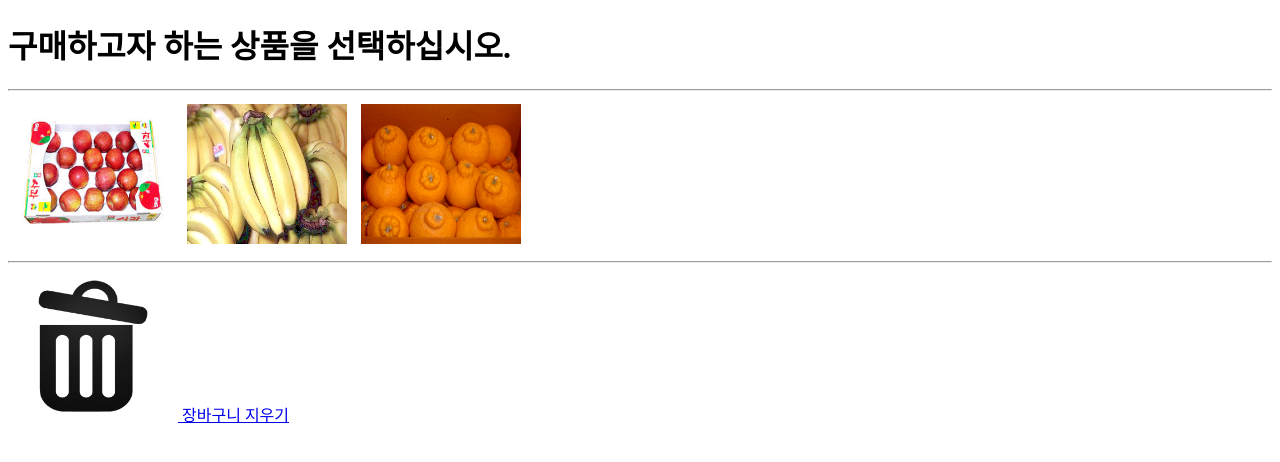
Repository: kdg0109/multicampus_course
Page: web course/workspace_web/mvc/WebContent/htmlexam/product.html
An editor plug-in stored every save of this project. The page is shown before and after the next save, followed by the edit.
The browser window is 1280 px wide. The pictures show the whole page.

Above is the page before, as saved 2018-02-09 08:20:07.

### web course/workspace_web/mvc/WebContent/htmlexam/product.html
<!DOCTYPE html>
<html>
<head>
<meta charset="UTF-8">
<title>Insert title here</title>
<style>
	img {
		margin: 5px;
		width: 160px;
		height: 140px;
	}
	thregi {
		width: 60px;
		height: 60px;
	}
</style>
</head>
<body>
	<h1>구매하고자 하는 상품을 선택하십시오.</h1>
	<hr>
	<a id="p001" href="/mvc/cart?pid=p001"><img src="images/apple.gif"></a>
	<a id="p002" href="/mvc/cart?pid=p002"><img src="images/banana.jpg"></a>
	<a id="p003" href="/mvc/cart?pid=p003"><img src="images/halabong.jpg"></a>
	<hr>
	<a href="/mvc/cart?pid=ok" ><img src="images/thregi.png" id="thregi"> 장바구니 지우기</a>
</body>
</html>

After the next save:
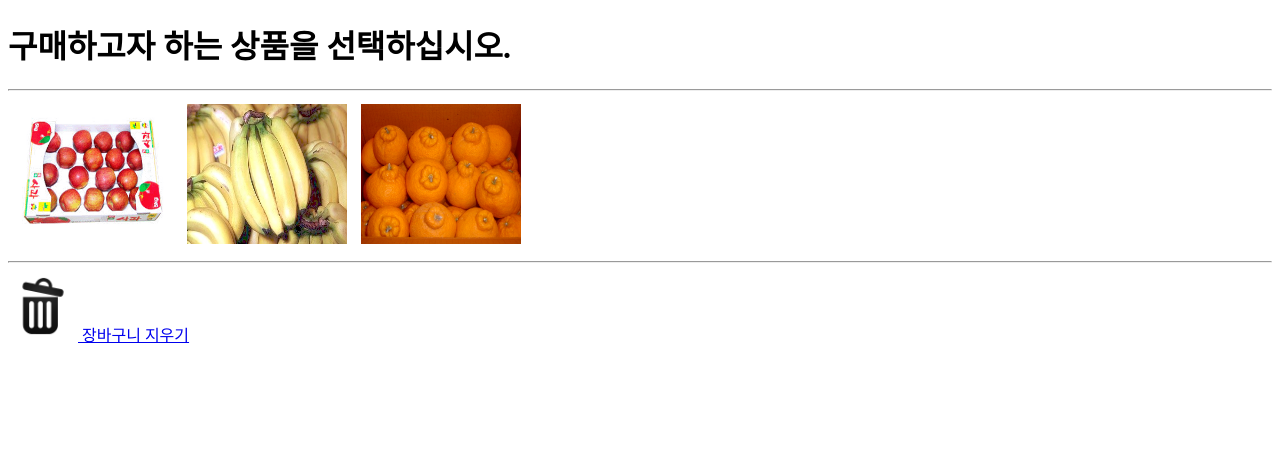
Saved 9 s later.
--- a/web course/workspace_web/mvc/WebContent/htmlexam/product.html
+++ b/web course/workspace_web/mvc/WebContent/htmlexam/product.html
@@ -9,7 +9,7 @@
 		width: 160px;
 		height: 140px;
 	}
-	thregi {
+	#thregi {
 		width: 60px;
 		height: 60px;
 	}
